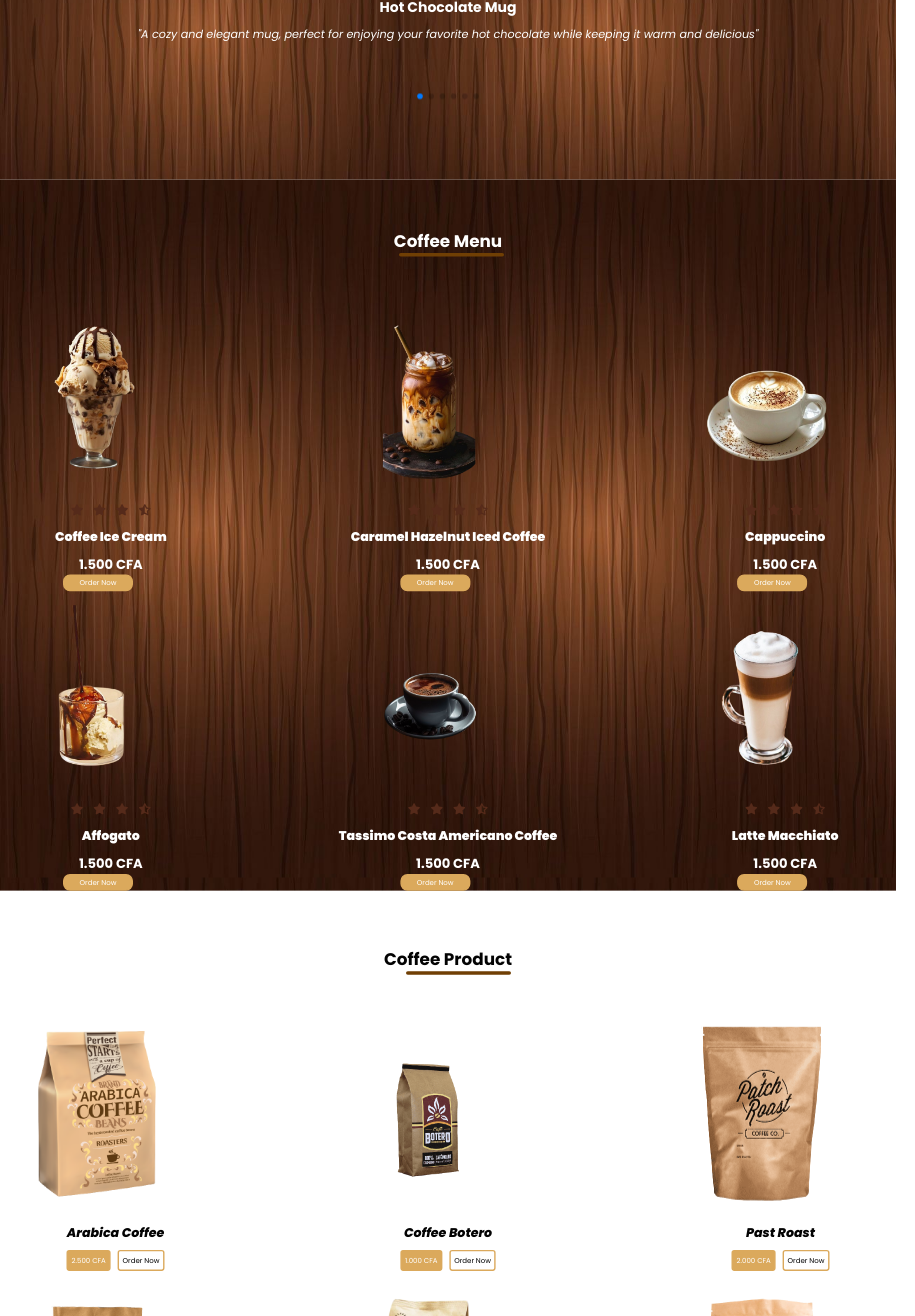
Repository: awa-creator/ProjetFinal
Page: index.html
The author's editor kept a copy of each file at every save. The page is drawn from the files as they stood at one save, then again after the next save.
The browser window is 1280 px wide. The page is 1307 px wide, so the pictures cover 1307 px, including what lies to the right of the window. The pictures show the part of the page from y = 1712 to 3592 px (the page is 6023 px tall), at 70% of full size.
Some web fonts or font styles are not loaded; a fallback is used. Some web libraries are served in a nearby version.

Above is the page before, as saved 2024-10-06 18:03:21.

### index.html
<!DOCTYPE html>
<html lang="en">
<head>
    <meta charset="UTF-8">
    <meta name="viewport" content="width=device-width, initial-scale=1.0">
    <link rel="stylesheet" href="style.css">
     <!-- slider-->
      <link rel="stylesheet" href="https://cdn.jsdelivr.net/npm/swiper@11/swiper-bundle.min.css">
     <!-- icon-->
     <script src="https://kit.fontawesome.com/3477ae541c.js" crossorigin="anonymous"></script>

    <title>Chocolate and Coffee Safe</title>
</head>
<body>
    <header> <!--Header/Navbar-->
        <!--Nav bar-->
        <nav class="navbar ">
            <a href="#" class="nav_logo">
                 <h2 class="logo_text"><span class="choco">Chocolate </span>& Coffee Safe  <i class="fa-solid fa-mug-hot" style="color: #dba95c;"></i></h2></a>
        <ul class="nav_menu">
            <li class="nav_item">
                <a href="#" class="nav_link">Home</a>
            </li>
            <li class="nav_item">
                <a href="#About" class="nav_link">About</a>
            </li>
            <li class="nav_item">
                <a href="#Menu" class="nav_link">Menu</a>
            </li>
            <li class="nav_item">
                <a href="#Product" class="nav_link">Product</a>
            </li>
            <li class="nav_item">
                <a href="#Contact" class="nav_link">Contact</a>
            </li>
            <li class="nav_item">
                <a href="#Shopping" class="shop"><div class="fas fa-shopping-cart" id="cart-btn"></div></a></li>
        </ul>
    </nav>
    </header>
    <main>c
        <!--main-section-->
        <section class="main_section">
            <div class="section_content">
              <div class="main_tittle">
                <h3 class="tittle">Welcome to</h3>
                <h3 class="tittle1">our chocolate and coffee haven,</h3>
                 <h3 class="tittle2">where every moment is pure bliss!</h3>
                  <div class="button">
                  <a href="#" class="button_order">Order Now</a>
                  <a href="#" class="button_contact" >Contact Us</a></div>
                </div>
                    <div class="main_image">
                        <img src="image/img3.png" alt="" class="img_ccs">
                      </div>
                  </div>
        </section>
         <!--About section-->
        <section class="about_section" id="About">
         <div class="about_section_content">
                <div class="about_detail">
  <h2 class="section_tittle">About Us </h2>
  <p class="about_text">At Chocolate and Coffee Safe, we celebrate the magic of chocolate and the richness of coffee. Our passion drives us to source exceptional products from ethical and sustainable origins.
    Each bite of chocolate and sip of coffee takes you on a unique sensory journey designed to delight your taste buds. We believe that pleasure should be shared, which is why we’re committed to offering authentic and memorable experiences.
    Join us on this delicious adventure and explore a world where chocolate and coffee are both art and passion. Welcome to our universe!</p>
    <br>
</div>
                <div class="image_about_section"></div>
                    <img src="image/img1.jpg" alt="About" class="img_about">
                </div>
        </section>
         <!--Chocolate section-->
         <section class="chocolate_section" id="Menu">
           <h2 class="chocolate_tittle"> Chocolate Menu</h2>
             <div class="section_content">
               <div class="slider_container swiper">
                 <div class="slider_choco">
                    <ul class="choco_list swiper-wrapper">
                      <li class="choco_item swiper-slide">
                        <img src="image/choco1.jpg" alt=" Mocha" class="choco_img">
                        <h2 class="name">Hot Chocolate Mug</h2>
                        <p class="text">"A cozy and elegant mug, perfect for enjoying your favorite hot chocolate while keeping it warm and delicious" </p>
                    </li>
                       <li class="choco_item swiper-slide">
                        <img src="image/choco2.png" alt=" Mocha" class="choco_img">
                        <h2 class="name">White Chocolate Mocha 30</h2>
                        <p class="text">"A creamy blend of smooth white chocolate and rich espresso, creating the perfect balance of sweetness and boldness in every sip" </p>
                       </li>
                       <li class="choco_item swiper-slide">
                        <img src="image/choco3.jpg" alt=" Creamy" class="choco_img">
                        <h2 class="name">Creamy Homemade Chocolate Ice Cream</h2>
                        <p class="text">"Rich and velvety homemade chocolate ice cream, crafted with premium ingredients for a smooth and indulgent treat"</p>
                       </li>
                       <li class="choco_item swiper-slide">
                        <img src="image/choco4.jpg" alt=" Milkshake" class="choco_img">
                        <h2 class="name">Chocolate and Banana Milshake</h2>
                        <p class="text">"A deliciously creamy blend of rich chocolate and ripe bananas, creating the perfect balance of sweetness and flavor in every sip"</p>
                       </li>
                       <li class="choco_item swiper-slide">
                        <img src="image/choco5.jpg" alt=" Milkshake" class="choco_img">
                        <h2 class="name"> Oreo and Chocolate Milkshake</h2>
                        <p class="text"> "A rich and creamy milkshake made with crushed Oreo cookies and smooth chocolate, delivering the ultimate indulgence in every mouthful" </p>
                       </li>
                       <li class="choco_item swiper-slide">
                        <img src="image/choco6.jpg" alt=" Dessert" class="choco_img">
                        <h2 class="name"> Bailey's Chocolate Cheesecake Trifle with Chocolate Drizzy</h2>
                        <p class="text">"A luxurious layered dessert featuring rich chocolate cheesecake infused with Bailey's Irish Cream, decadent chocolate ganache, and delicate layers of whipped cream, all topped with a delightful chocolate drizzle for an irresistible finish" </p>
                       </li>
                </ul>
                <!-- Pagination -->
                <div class="swiper-pagination"></div>
                 <!-- Navigation buttons -->
                   <div class="swiper-button-prev"></div>
                   <div class="swiper-button-next"></div>
            </div>
        </div>
       </div>
         </section>
         <!--Coffee section-->
 <section class="coffee_section">
   <h2 class="coffee_tittle"> Coffee Menu</h2>
    <div class="section_content">
      <ul class="coffee_list">
        <li class="coffee_item">
            <img src="image/coffe1 ICE CREAM.jpg" alt="Ice Cream" class="coffee_img">
             <div class="rating">
                <i class="fa-solid fa-star"></i>
                <i class="fa-solid fa-star"></i>
                <i class="fa-solid fa-star"></i>
                <i class="fa-solid fa-star-half-stroke"></i>
            </div>
            <h2 class="name">Coffee Ice Cream</h2>
            <h3>1.500 CFA</h3>
            <span class="btn_cof">Order Now</span>
        </li>
        <li class="coffee_item">
            <img src="image/cof3.jpg" alt="Iced coffee" class="coffee_img">
            <div class="rating">
                <i class="fa-solid fa-star"></i>
                <i class="fa-solid fa-star"></i>
                <i class="fa-solid fa-star"></i>
                <i class="fa-solid fa-star-half-stroke"></i>
            </div>
             <h2 class="name"> Caramel Hazelnut Iced Coffee</h2>
             <h3>1.500 CFA</h3>
             <span class="btn_cof">Order Now</span>

        </li>
        <li class="coffee_item">
            <img src="image/cof4.jpg" alt="Cappuccino" class="coffee_img">
            <div class="rating">
                <i class="fa-solid fa-star"></i>
                <i class="fa-solid fa-star"></i>
                <i class="fa-solid fa-star"></i>
                <i class="fa-solid fa-star-half-stroke"></i>
            </div>
             <h2 class="name">Cappuccino</h2>
             <h3>1.500 CFA</h3>
             <span class="btn_cof">Order Now</span>
        </li>
        <li class="coffee_item">
            <img src="image/cof5.jpg" alt="affogato" class="coffee_img">
            <div class="rating">
                <i class="fa-solid fa-star"></i>
                <i class="fa-solid fa-star"></i>
                <i class="fa-solid fa-star"></i>
                <i class="fa-solid fa-star-half-stroke"></i>
            </div>
             <h2 class="name">Affogato</h2>
             <h3>1.500 CFA</h3>
             <span class="btn_cof">Order Now</span>
        </li>
        <li class="coffee_item">
            <img src="image/cof6.jpg" alt="Americo Coffee" class="coffee_img">
            <div class="rating">
                <i class="fa-solid fa-star"></i>
                <i class="fa-solid fa-star"></i>
                <i class="fa-solid fa-star"></i>
                <i class="fa-solid fa-star-half-stroke"></i>
            </div>
             <h2 class="name">Tassimo Costa Americano Coffee</h2>
             <h3>1.500 CFA</h3>
             <span class="btn_cof">Order Now</span>
            </li>
        <li class="coffee_item">
            <img src="image/cof7.jpg" alt="Latte" class="coffee_img">
            <div class="rating">
                <i class="fa-solid fa-star"></i>
                <i class="fa-solid fa-star"></i>
                <i class="fa-solid fa-star"></i>
                <i class="fa-solid fa-star-half-stroke"></i>
            </div>
             <h2 class="name">Latte Macchiato</h2>
             <h3>1.500 CFA</h3>
             <span class="btn_cof">Order Now</span>
            </li>
            </ul>
   </div>
 </section>
 <!--Product coffee section-->
 <section class="product_section" id="Product">
     <h2 class="product_tittle">Coffee Product</h2>
     <div class="section content">
       <ul class="product_list">
        <li class="product_item">
            <img src="image/p1.png" alt="product" class="product_img">
             <h2 class="name">Arabica Coffee</h2>
             <div class="prod_p">
             <span class="price">2.500 CFA</span>
             <span class="btn_prod">Order Now</span> </div>
            </li>
            <li class="product_item">
                <img src="image/p2.png" alt="product" class="product_img">
                 <h2 class="name">Coffee Botero</h2>
                 <div class="prod_p">
                 <span class="price">1.000 CFA</span>
                 <span class="btn_prod">Order Now</span></div>
                </li>
                <li class="product_item">
                    <img src="image/p3.png" alt="product" class="product_img">
                     <h2 class="name">Past Roast</h2>
                     <div class="prod_p">
                     <span class="price">2.000 CFA</span>
                     <span class="btn_prod">Order Now</span></div>
                    </li>
                    <li class="product_item">
                        <img src="image/p4.png" alt="product" class="product_img">
                         <h2 class="name">Roal Coffee Bay</h2>
                         <div class="prod_p">
                         <span class="price">1.000 CFA</span>
                         <span class="btn_prod">Order Now</span></div>
                        </li>
                        <li class="product_item">
                            <img src="image/p5.png" alt="product" class="product_img">
                             <h2 class="name">Sacred Grounds</h2>
                             <div class="prod_p">
                             <span class="price">2.500 CFA</span>
                             <span class="btn_prod">Order Now</span></div>
                            </li>
                            <li class="product_item">
                                <img src="image/p6.png" alt="product" class="product_img">
                                 <h2 class="name">Presto Coffee Bag</h2>
                                 <div class="prod_p">
                                 <span class="price">2.000 CFA</span>
                                 <span class="btn_prod">Order Now</span></div>
                                </li>

       </ul>
    </div>
 </section>
  <!--Product choco section-->
  <section class="productc_section">
    <h2 class="productc_tittle">Chocolate Product</h2>
    <div class="section content">
      <ul class="productc_list">
       <li class="productc_item">
           <img src="image/c10.png" alt="product" class="productc_img">
            <h2 class="namec">Louis Vuitton Chocolate Spread</h2>
            <div class="prod_pc">
            <span class="pricec">2.000 CFA</span>
            <span class="btn_prodc">Order Now</span> </div>
           </li>
           <li class="productc_item">
            <img src="image/c2.png" alt="product" class="productc_img">
             <h2 class="namec">Dubai Pistachio Chocolate Bar</h2>
             <div class="prod_pc">
             <span class="pricec">2.500 CFA </span>
             <span class="btn_prodc">Order Now</span> </div>
            </li>
            <li class="productc_item">
                <img src="image/C3.png" alt="product" class="productc_img">
                 <h2 class="namec">Personalized Chocolate Box</h2>
                 <div class="prod_pc">
                 <span class="pricec">5.000 CFA</span>
                 <span class="btn_prodc">Order Now</span> </div>
                </li>
                <li class="productc_item">
                    <img src="image/C4.png" alt="product" class="productc_img">
                     <h2 class="namec">Personalized Strawberry Chocolate Box</h2>
                     <div class="prod_pc">
                     <span class="pricec">5.000 CFA</span>
                     <span class="btn_prodc">Order Now</span> </div>
                    </li>
                    <li class="productc_item">
                        <img src="image/C9.png" alt="product" class="productc_img">
                         <h2 class="namec">Jewel Chocolate Box</h2>
                         <div class="prod_pc">
                         <span class="pricec">6.000 CFA</span>
                         <span class="btn_prodc">Order Now</span> </div>
                        </li>
                        <li class="productc_item">
                            <img src="image/c6.png" alt="product" class="productc_img">
                             <h2 class="namec">Chocolate Macaron</h2>
                             <div class="prod_pc">
                             <span class="pricec">2.500 CFA</span>
                             <span class="btn_prodc">Order Now</span> </div>
                            </li>
      </ul>
   </div>
</section>
<!--Contact Section-->
<section class="contact_section" id="Contact">
    <h4 class="contact_tittle"> Contact Us</h4>
        <div class="contact_item">
            <div class="contact">
                <div class="first_text"> Lets go in touch</div>
                <img src="image/Chocolate & Coffee Safe.png" alt=""  class="img_contact">
                <div class="social_media_list">
                    <span class="second_text">Connect with us</span>
                    <ul class="social_media">
                    <li><a href="#" class="social_link"><i class="fa-brands fa-facebook"></i></a></li>
                    <li><a href="#" class="social_link"><i class="fa-brands fa-instagram"></i></a></li>
                    <li><a href="#" class="social_link"><i class="fa-brands fa-x-twitter"></i></a></li>
                    <li><a href="#" class="social_link"><i class="fa-brands fa-snapchat"></i></a></li>
                    <li><a href="#" class="social_link"><i class="fa-brands fa-linkedin"></i></a></li>
                </ul>
                </div>
            </div>
                <div class="submit_form">
                    <form action="">
                        <div class="input_box">
                            <input type="text" class="input" required>
                            <label for="">Name</label>
                        </div>
                        <div class="input_box">
                            <input type="email" class="input" required>
                            <label for="">Email</label>
                        </div>
                        <div class="input_box">
                            <input type="tel" class="input" required>
                            <label for="">Phone</label>
                        </div>
                        <div class="input_box">
                        <textarea name="" class="input" required id="message" cols="30" rows="10"></textarea>
                            <label for="">Message</label>
                        </div>
                        <button id="submitBtn" class="btn_sub">Submit</button>

                    </form>
                </div>
        </div>
</section>
    </main>
    <!--Linking swiper-->
    <script src="https://cdn.jsdelivr.net/npm/swiper@11/swiper-bundle.min.js"></script>
    <!--Linking js-->
   <script src="script.js"></script>
</body>
<footer class="end"><p class="text_end">©Copyright All right reserved 2024 </p></footer>
</html>

Loaded but not shown: script.js (20 lines, source omitted); style.css (619 lines, source omitted)

After the next save:
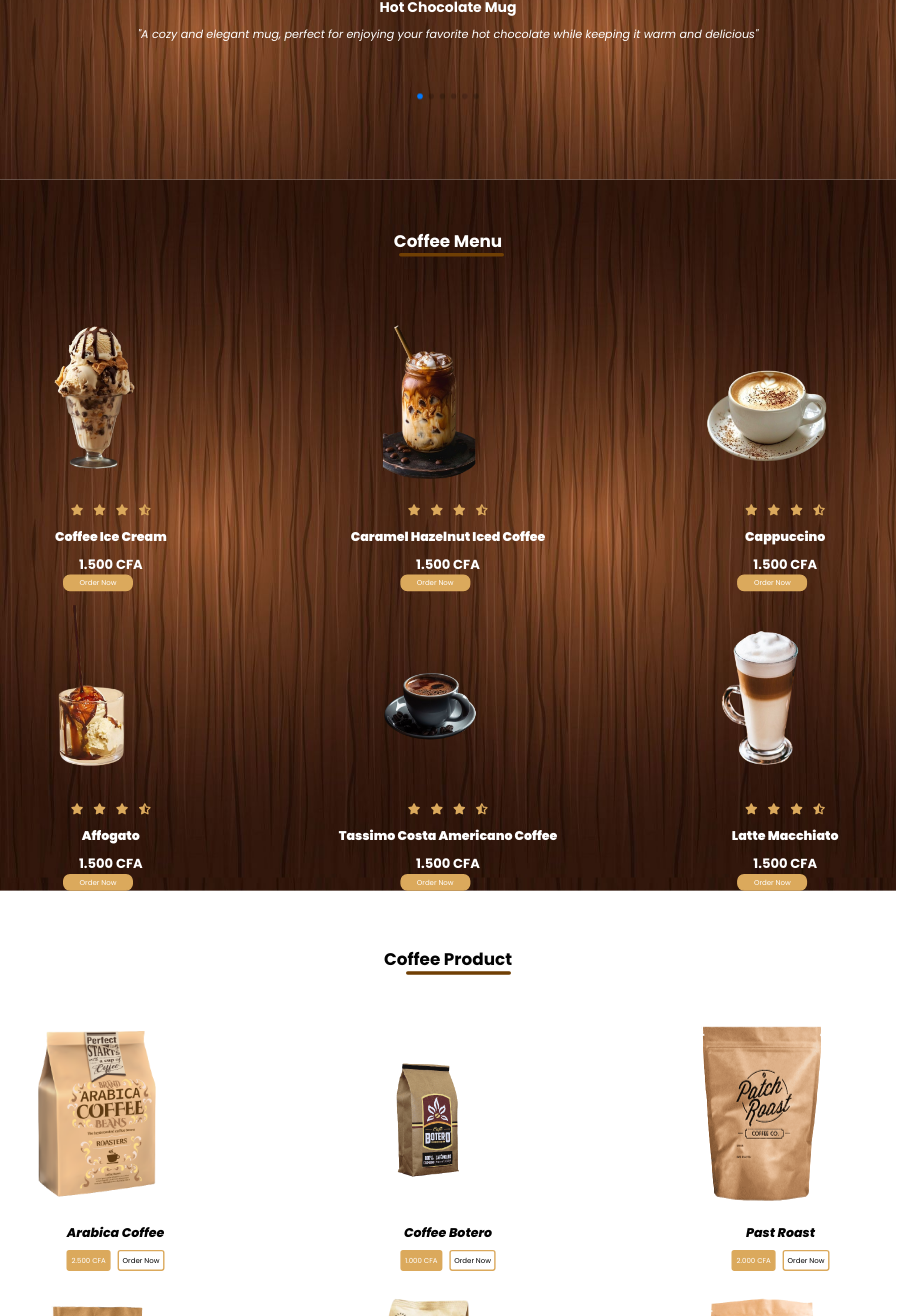
Saved 13 min 4 s later.
--- a/index.html
+++ b/index.html
@@ -124,10 +124,10 @@
         <li class="coffee_item">
             <img src="image/coffe1 ICE CREAM.jpg" alt="Ice Cream" class="coffee_img">
              <div class="rating">
-                <i class="fa-solid fa-star"></i>
-                <i class="fa-solid fa-star"></i>
-                <i class="fa-solid fa-star"></i>
-                <i class="fa-solid fa-star-half-stroke"></i>
+                <i class="fa-solid fa-star" style="color: #dba95c;"></i>
+                <i class="fa-solid fa-star" style="color: #dba95c;"></i>
+                <i class="fa-solid fa-star" style="color: #dba95c;"></i>
+                <i class="fa-solid fa-star-half-stroke" style="color: #dba95c;"></i>
             </div>
             <h2 class="name">Coffee Ice Cream</h2>
             <h3>1.500 CFA</h3>
@@ -136,10 +136,10 @@
         <li class="coffee_item">
             <img src="image/cof3.jpg" alt="Iced coffee" class="coffee_img">
             <div class="rating">
-                <i class="fa-solid fa-star"></i>
-                <i class="fa-solid fa-star"></i>
-                <i class="fa-solid fa-star"></i>
-                <i class="fa-solid fa-star-half-stroke"></i>
+                <i class="fa-solid fa-star" style="color: #dba95c;"></i>
+                <i class="fa-solid fa-star" style="color: #dba95c;"></i>
+                <i class="fa-solid fa-star" style="color: #dba95c;"></i>
+                <i class="fa-solid fa-star-half-stroke" style="color: #dba95c;"></i>
             </div>
              <h2 class="name"> Caramel Hazelnut Iced Coffee</h2>
              <h3>1.500 CFA</h3>
@@ -149,10 +149,10 @@
         <li class="coffee_item">
             <img src="image/cof4.jpg" alt="Cappuccino" class="coffee_img">
             <div class="rating">
-                <i class="fa-solid fa-star"></i>
-                <i class="fa-solid fa-star"></i>
-                <i class="fa-solid fa-star"></i>
-                <i class="fa-solid fa-star-half-stroke"></i>
+                <i class="fa-solid fa-star" style="color: #dba95c;"></i>
+                <i class="fa-solid fa-star" style="color: #dba95c;"></i>
+                <i class="fa-solid fa-star" style="color: #dba95c;"></i>
+                <i class="fa-solid fa-star-half-stroke" style="color: #dba95c;"></i>
             </div>
              <h2 class="name">Cappuccino</h2>
              <h3>1.500 CFA</h3>
@@ -161,10 +161,10 @@
         <li class="coffee_item">
             <img src="image/cof5.jpg" alt="affogato" class="coffee_img">
             <div class="rating">
-                <i class="fa-solid fa-star"></i>
-                <i class="fa-solid fa-star"></i>
-                <i class="fa-solid fa-star"></i>
-                <i class="fa-solid fa-star-half-stroke"></i>
+                <i class="fa-solid fa-star" style="color: #dba95c;"></i>
+                <i class="fa-solid fa-star" style="color: #dba95c;"></i>
+                <i class="fa-solid fa-star" style="color: #dba95c;"></i>
+                <i class="fa-solid fa-star-half-stroke" style="color: #dba95c;"></i>
             </div>
              <h2 class="name">Affogato</h2>
              <h3>1.500 CFA</h3>
@@ -173,10 +173,10 @@
         <li class="coffee_item">
             <img src="image/cof6.jpg" alt="Americo Coffee" class="coffee_img">
             <div class="rating">
-                <i class="fa-solid fa-star"></i>
-                <i class="fa-solid fa-star"></i>
-                <i class="fa-solid fa-star"></i>
-                <i class="fa-solid fa-star-half-stroke"></i>
+                <i class="fa-solid fa-star" style="color: #dba95c;"></i>
+                <i class="fa-solid fa-star" style="color: #dba95c;"></i>
+                <i class="fa-solid fa-star" style="color: #dba95c;"></i>
+                <i class="fa-solid fa-star-half-stroke" style="color: #dba95c;"></i>
             </div>
              <h2 class="name">Tassimo Costa Americano Coffee</h2>
              <h3>1.500 CFA</h3>
@@ -185,10 +185,10 @@
         <li class="coffee_item">
             <img src="image/cof7.jpg" alt="Latte" class="coffee_img">
             <div class="rating">
-                <i class="fa-solid fa-star"></i>
-                <i class="fa-solid fa-star"></i>
-                <i class="fa-solid fa-star"></i>
-                <i class="fa-solid fa-star-half-stroke"></i>
+                <i class="fa-solid fa-star" style="color: #dba95c;"></i>
+                <i class="fa-solid fa-star" style="color: #dba95c;"></i>
+                <i class="fa-solid fa-star" style="color: #dba95c;"></i>
+                <i class="fa-solid fa-star-half-stroke" style="color: #dba95c;"></i>
             </div>
              <h2 class="name">Latte Macchiato</h2>
              <h3>1.500 CFA</h3>
